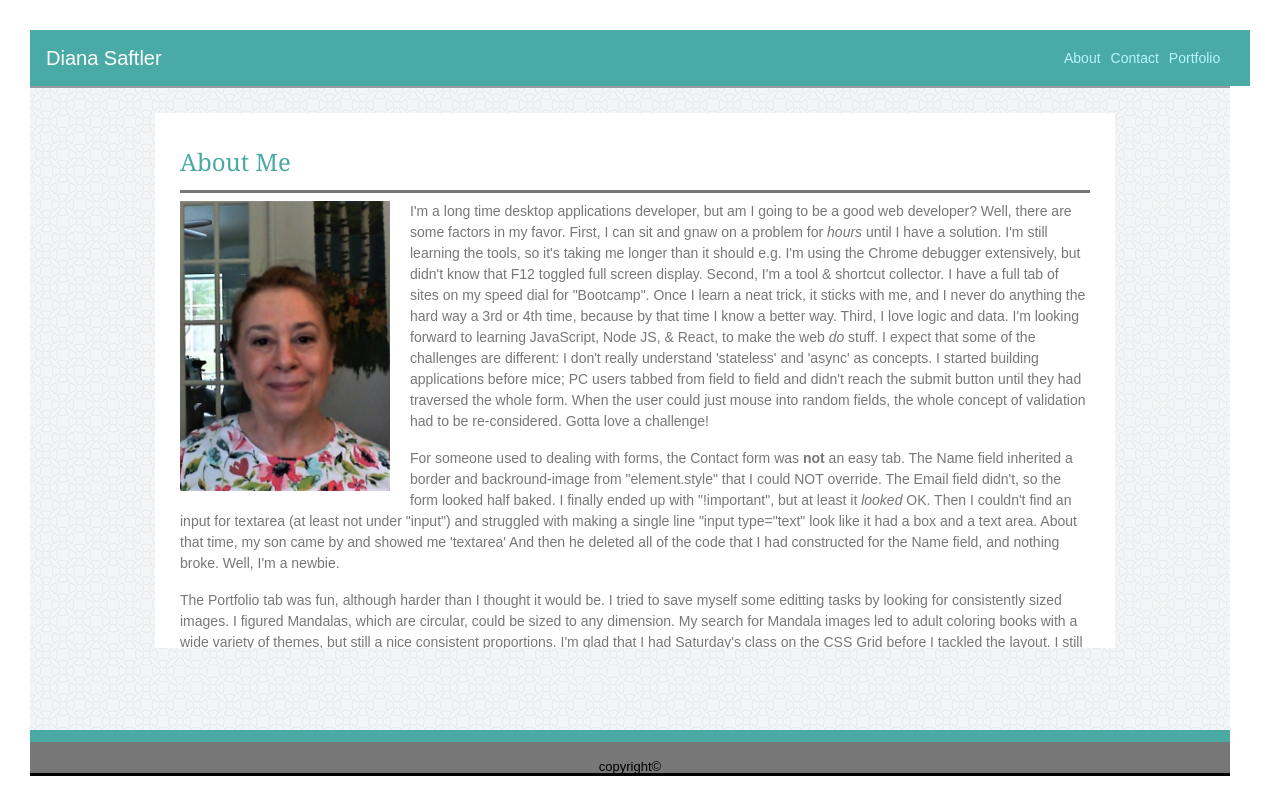
Repository: dsaftler/Bootstrap-Portfolio
Page: index.html
These files come from the project's save history. The page is drawn as it stood at one moment and after the next save; the edit follows.
The browser window is 1280 px wide. The pictures show the whole page.
An inner scrolling area shows only its first screen.

Above is the page before, as saved 2019-03-20 18:02:48.

### index.html
<!DOCTYPE html>
<html lang="en">
<head>
    <title>Diana Saftler Portfolio</title>
    <meta name="viewport" content="width=device-width, initial-scale=1, shrink-to-fit=no">
    <link rel="stylesheet" href="https://maxcdn.bootstrapcdn.com/bootstrap/4.0.0/css/bootstrap.min.css" integrity="sha384-Gn5384xqQ1aoWXA+058RXPxPg6fy4IWvTNh0E263XmFcJlSAwiGgFAW/dAiS6JXm" crossorigin="anonymous">
    <link rel="stylesheet" href="assets/css/style.css">
    <link rel="icon" href="assets/images/Peony.jpg" type="image/jpg" sizes="16x16">
    <meta charset="UTD-8">
</head>
<body>

  <nav class="navbar navbar-expand-lg" style="background-color: #4aaaa5; color:rgb(181, 247, 247)">
    <a class="navbar-brand" style="color: white" href="#">Diana Saftler</a>
    <div class="collapse navbar-collapse" id="navbarNavAltMarkup">
      <!-- <div class="navbar-nav"> -->
      <ul class="nav navbar-nav ml-auto">
        <li><a style="color: rgb(181, 247, 247)" href="index.html">About</a></li>
        <li><a style="color: rgb(181, 247, 247)"  href="contact.html">Contact</a></li>
        <li><a style="color: rgb(181, 247, 247)"  href="portfolio.html">Portfolio</a></li>
      </ul>
    </div>
  </nav>



        <!-- <ul>
            <li><a href="index.html">About</a></li>
            <li><a href="contact.html">Contact</a></li>
            <li><a href="portfolio.html">Portfolio</a></li>
        </ul> -->

    <div class="bg-pattern">
        <div class="center-panel">
                <h2>About Me</h2>
            <img class="image_about" src="assets/images/photo.jpg" alt="in my office">
            <p>I'm a long time desktop applications developer, but am I going to be a good web developer?  Well, there are some factors in my favor.  First, I can sit and gnaw on a problem for <em>hours</em> until I have a solution.  I'm still learning the tools, so it's taking me longer than it should e.g. I'm using the Chrome debugger extensively, but didn't know that F12 toggled full screen display. Second, I'm a tool & shortcut collector.  I have a full tab of sites on my speed dial for "Bootcamp".  Once I learn a neat trick, it sticks with me, and I never do anything the hard way a 3rd or 4th time, because by that time I know a better way.  Third, I love logic and data.  I'm looking forward to learning JavaScript, Node JS, & React, to make the web <em>do</em> stuff.  I expect that some of the challenges are different: I don't really understand 'stateless' and 'async' as concepts.  I started building applications before mice;  PC users tabbed from field to field and didn't reach the submit button until they had traversed the whole form.  When the user could just mouse into random fields, the whole concept of validation had to be re-considered. Gotta love a challenge!
            </p>
            <p>For someone used to dealing with forms, the Contact form was <strong>not</strong> an easy tab. The Name field inherited a border and backround-image from "element.style" that I could NOT override. The Email field didn't, so the form looked half baked.  I finally ended up with "!important", but at least it <em>looked</em> OK.  Then I couldn't find an input for textarea (at least not under "input") and struggled with making a single line "input type="text" look like it had a box and a text area.  About that time, my son came by and showed me 'textarea'  And then he deleted all of the code that I had constructed for the Name field, and nothing broke. Well, I'm a newbie. </p>
            <p>The Portfolio tab was fun, although harder than I thought it would be.  I tried to save myself some editting tasks by looking for consistently sized images.  I figured Mandalas, which are circular, could be sized to any dimension.  My search for Mandala images led to adult coloring books with a wide variety of themes, but still a nice consistent proportions. I'm glad that I had Saturday's class on the CSS Grid before I tackled the layout.  I still had trouble getting the images to wrap left, but once I got that solved  with 2 images, it was easy to do them all without even needing rows.  I also added hover, 'tool tips', and links to the full sized images.  Print some out and spend some time with your crayolas!</p>


        </div>
    </div>
    <footer>copyright&copy</footer>
</body>
</html>

### Assets/CSS/style.css
* {
    box-sizing: border-box;
}

body {
    font-size: 14px;
    font-family: Arial, "Helvetica Neue", Helvetica, sans-serif;
    background-color: #ffffff;
    padding: 30px;
    color:  #777777;

}
header{
    left: 80px;
    background-color: #ffffff;
    height: 25px;
    width: 1200px;
}
footer {
    color: black;
    font-size: small;
    text-align: center;
    padding: 15px;
    clear: both;
    background-color: #777777;
    height: 40px;
    width: 1200px;
    border-style: solid;
    border-top-color: #4aaaa5;
    border-top-width: 6px;
    border-left-width: 0;
    border-right-width: 0;
}
p {
    padding: 0 0 10 0;
}

.bg-pattern {
    clear: both;
  /* margin-top: 40px; */
  padding: 50px;
  padding-top: 5px;
  /* background-color: #b1f3f3;  */
  height: 650px;
  width: 1200px;

  background-image: url("../images/circles-light.png");
  border-style: solid;
  border-top-color: #999a9b;
  border-top-width: 2px;
  border-left-width: 0;
  border-right-width: 0;
  border-bottom-color: #4aaaa5;
  border-bottom-width: 6px;

}

.center-panel {
    clear: both;
    display: inline-block;
    /* position: absolute; */
    top: 150px;
    right: 0;
    bottom: 0;
    left: 0;
    margin-left: 75px;
    margin-top: 20px;
    width: 960px;
    height: 535px;
    background-color: #ffffff;
    padding: 25px;
    overflow: auto;
    z-index: 1;

}

ul {
    list-style-type: none;
    margin: 0;
    padding: 0;
}

li a {
    display: block;
    width: 60 px;
}



ul {
    list-style-type: none;
    margin: 0;
    padding: 0;
    float: right;
    width: 175px;
}

li { display: inline-block; }

li a {
    color: #777777;
    text-decoration: none;
    padding: 5px;
}

li a:hover {
    background-color: #4aaaa5;
    color: white;

}
h1, h2 {font-family: Georgia, Times, "Times New Roman", serif;}
h1 {
    float: left;
    box-shadow: 10px 0px 0px 0px #4aaaa5, -10px 0px 0px 0px #4aaaa5;

    height: 65px;
    /* width: 200px; */

    top: 0;
    margin: 0;
    margin-left: 135px;

    background-color: #4aaaa5;
    color: white;
    font-size: 30px;
    text-align: center;
    padding: 10px 0;
    /* padding: 10px; */
}

h2 {
    font-size: 24px;
    margin-top: 10px;
    color: #4aaaa5;
    padding-bottom: 13px;
    border-bottom: 3px solid #777777;
}
h4 { margin: 3px}


.image_about {
    float: left;
    padding-right: 20px;
    padding-bottom: 20px;
    width: 230px;
    height: 310px;
}

input[type="text"] {
    width : 450px;
    margin: 0;
    padding: 2px;
    padding-left: 10px;
    -webkit-box-sizing: border-box; /* For legacy WebKit based browsers */
       -moz-box-sizing: border-box; /* For legacy (Firefox <29) Gecko based browsers */
            box-sizing: border-box;
}

.textbox {
    border:1px solid  #777777;
    padding: 10px;
    width: 650;
    height: 175px;
    font-size: 13.33px;
    font-family: Arial, Helvetica, sans-serif;
}
.submit {
    display: block;
    width: 60px;
    height: 29px;
    background-color: #4aaaa5;
    color: #ffffff;
    font-weight: bold;
}
.portfolio {
    max-width:100%;
    max-height: 100%
   }
.content {
    padding: 6px;
    float: left;
}

.row {
    margin: 0;
    height: 225px;
}
.row,
.row > .column {
    padding: 5 px;
}
.col {
   float:left;
    height: 225px;
     width: 25%;
     margin: 0;
}
.row:after {
    content: "";
    display: table;
    clear: both;
}
.gallery {
    border: 2px solid #4aaaa5;
    padding: 10px;
    height: 200px;
    width: 200px;
}
.gallery:hover {
    border-color: #06faee;
}
.box {
    height:150px;
    border: solid;
    border-width: 1px;

}
/* portfolio page */

.work {
    position: relative;
    float: left;
    width: 274px;
    margin: 20px 0 25px;
    overflow: auto;
  }

  .work:nth-child(even) {
    margin-right: 40px;
  }

  .work img {
    width: 100%;
    border: 0 none;
    opacity: 0.8;
  }

  .work h3 {
    position: absolute;
    bottom: 20px;
    width: 100%;
    padding: 15px;
    margin-bottom: 0;
    font-weight: 300;
    line-height: 30px;
    color: #ffffff;
    text-align: center;
    background: #4aaaa5;
    border-bottom: 0;
  }

  .auth-image {
    float: left;
    width: 200px;
    height: auto;
    margin-top: 10px;
    margin-right: 25px;
  }
  #masthead {
    position: fixed;
    z-index: 99;
    width: 100%;
    margin: 0 0 30px;
    overflow: auto;
    color: #ffffff;
    background: #ffffff;
    border-bottom: 2px solid #cccccc;
  }

  #logo {
    float: left;
    width: 250px;
    height: 90px;
    font-family: Georgia, Times, "Times New Roman", serif;
    font-size: 30px;
    font-weight: 700;
    line-height: 90px;
    color: #ffffff;
    text-align: center;
    text-decoration: none;
    background: #4aaaa5;
  }
  #main-container {
    padding-top: 130px;
    min-height: calc(100vh - 70px);
  }

  .main-section {
    float: left;
    width: 100%;
    max-width: 960px;
    padding: 30px;
    margin: 0 0 40px;
    background: #ffffff;
    border: 1px solid #dddddd;
  }

After the next save:
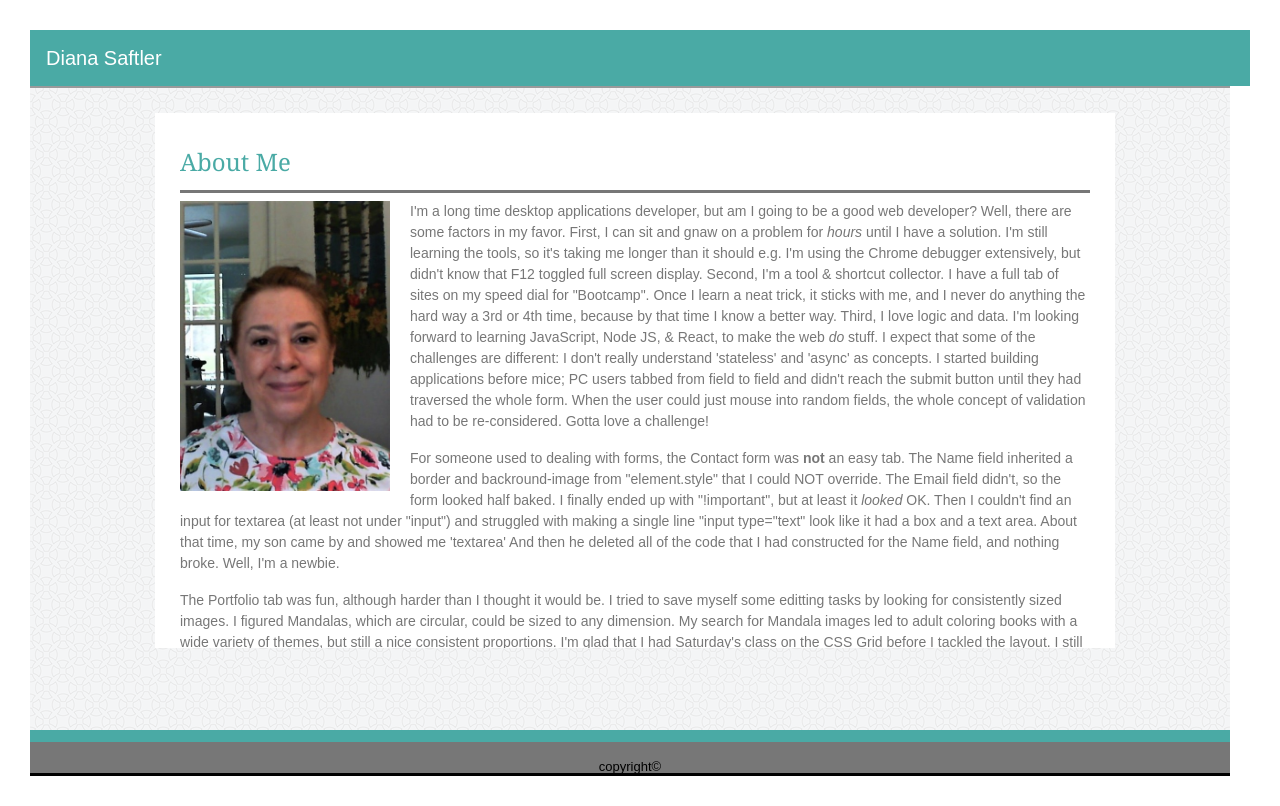
Saved 2 min 22 s later.
--- a/index.html
+++ b/index.html
@@ -11,10 +11,10 @@
 <body>
 
   <nav class="navbar navbar-expand-lg" style="background-color: #4aaaa5; color:rgb(181, 247, 247)">
-    <a class="navbar-brand" style="color: white" href="#">Diana Saftler</a>
+    <a class="navbar-brand" style="color: white" href="#">Diana Saftler</a></nav>
     <div class="collapse navbar-collapse" id="navbarNavAltMarkup">
       <!-- <div class="navbar-nav"> -->
-      <ul class="nav navbar-nav ml-auto">
+      <ul class="nav navbar-nav">
         <li><a style="color: rgb(181, 247, 247)" href="index.html">About</a></li>
         <li><a style="color: rgb(181, 247, 247)"  href="contact.html">Contact</a></li>
         <li><a style="color: rgb(181, 247, 247)"  href="portfolio.html">Portfolio</a></li>
